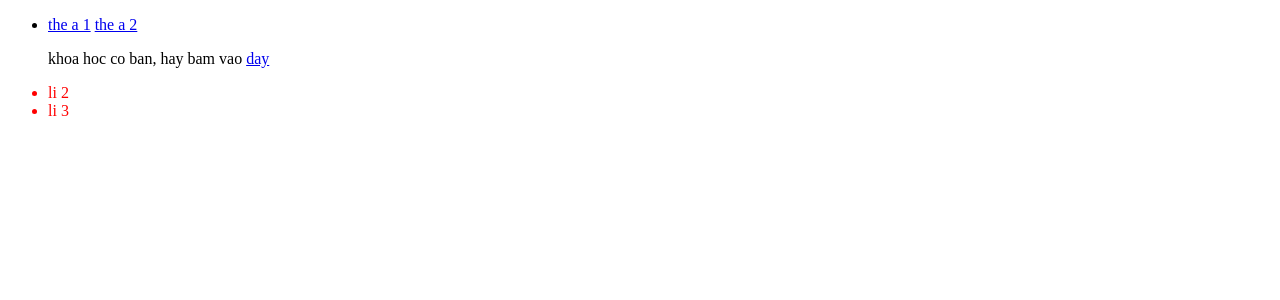
Repository: quocanh1010/quocanh1010.github.io
Page: Front End bai 1 2/index.html
The author's editor kept a copy of each file at every save. The page is drawn from the files as they stood at one save, then again after the next save.
The browser window is 1280 px wide. The pictures show the whole page.

Above is the page before, as saved 2021-04-16 20:48:15.

### Front End bai 1 2/index.html
<!DOCTYPE html>
<html lang="en">

<head>
    <meta charset="UTF-8">
    <meta http-equiv="X-UA-Compatible" content="IE=edge">
    <meta name="viewport" content="width=device-width, initial-scale=1.0">
    <title>Techmaster</title>


    <style>
        h1 {
            color:red;
            background: rgb(38, 95, 117);
        }

        .font-other {
            font-weight: 400;
        }
        p#classic-color {
            color: blue!important;
        }
        #classic-color {
            color: violet;
        }
        .mau-vang {
            font-weight: 800;
            color: yellow;
        }
        p.mau-vang {

        }
        div p.mau-vang {

        }
        li + li {
            color: red;
        }
    </style>

</head>

<body>

    <ul>
        <li>
            <a href="https://www.google.com.vn/">the a 1</a>
            <a href="https://www.google.com.vn/">the a 2</a>
            <p>
                khoa hoc co ban, hay bam vao <a href="https://www.google.com.vn/"> day </a>
            </p>
        </li>
        <li>
            li 2
        </li>
        <li>
            li 3
        </li>

    </ul>

</body>

</html>

After the next save:
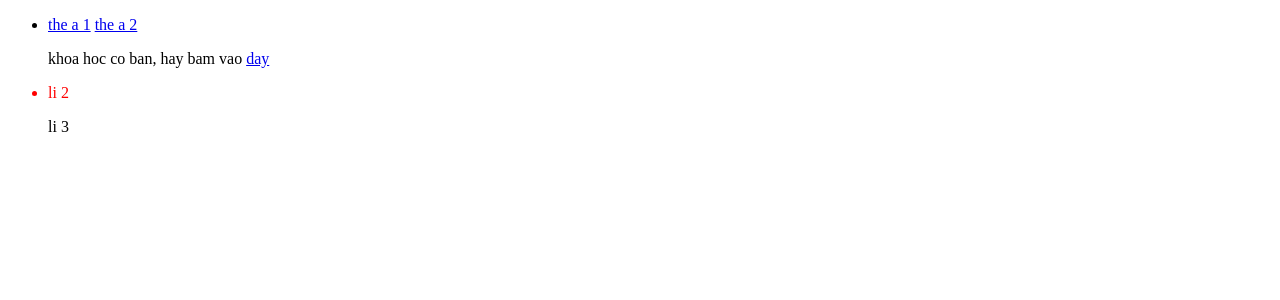
Saved 45 s later.
--- a/Front End bai 1 2/index.html
+++ b/Front End bai 1 2/index.html
@@ -53,9 +53,9 @@
         <li>
             li 2
         </li>
-        <li>
+        <p>
             li 3
-        </li>
+        </p>
 
     </ul>
 
